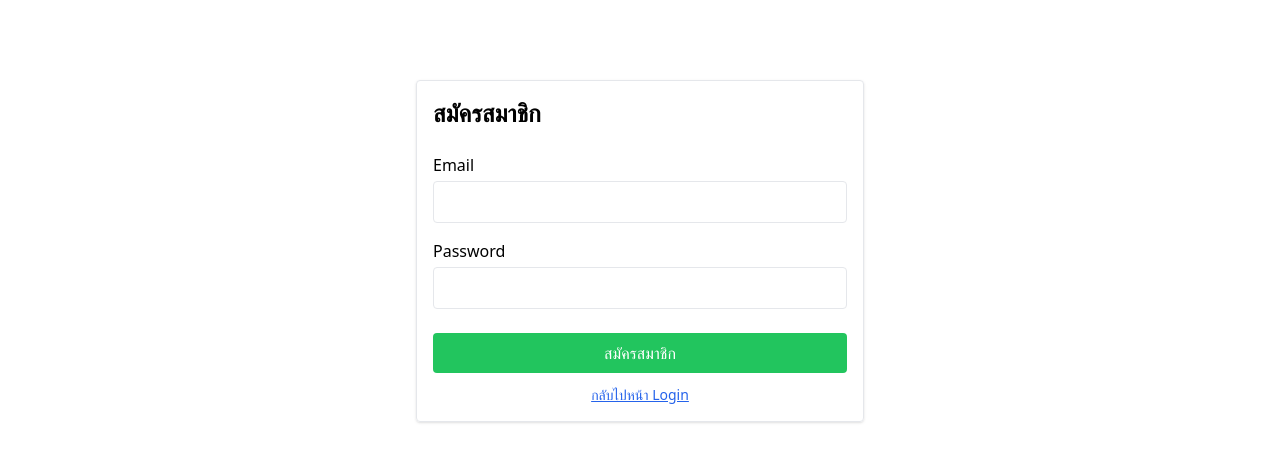
Repository: NongPond/Task_Management_App
Page: /register (app in Task Management App/)
An editor plug-in stored every save of this project. The page is shown before and after the next save, followed by the edit.
The browser window is 1280 px wide. The pictures show the whole page.
The project was rebuilt for these pictures with package versions that can differ from the ones it lists, and the page was loaded fresh each time. Also part of the build but not shown: Task Management App/vite.config.ts, Task Management App/src/auth/Login.tsx, Task Management App/src/tasks/Tasks.tsx.

Above is the page before, as saved 2025-04-21 18:20:19.

### Task Management App/src/App.tsx
import { BrowserRouter, Routes, Route } from "react-router-dom";
import Login from "./auth/Login";
import Register from "./auth/Register";
import Tasks from "./tasks/Tasks";

function App() {
  return (
    <BrowserRouter>
      <Routes>
        <Route path="/" element={<Login />} />
        <Route path="/register" element={<Register />} />
        <Route path="/tasks" element={<Tasks />} />
      </Routes>
    </BrowserRouter>
  );
}

export default App;

### Task Management App/src/auth/Register.tsx
import { useState } from "react";
import { useNavigate, Link } from "react-router-dom";

function Register() {
  const [email, setEmail] = useState("");
  const [password, setPassword] = useState("");
  const navigate = useNavigate();

  const handleRegister = () => {
    const existingUsers = JSON.parse(localStorage.getItem("users") || "[]");

    const isExisting = existingUsers.some((user: any) => user.email === email);

    if (isExisting) {
      alert("อีเมลนี้ถูกใช้ไปแล้ว");
      return;
    }

    const newUser = { email, password };
    const updatedUsers = [...existingUsers, newUser];
    localStorage.setItem("users", JSON.stringify(updatedUsers));
    alert("สมัครสมาชิกสำเร็จ! กรุณา Login");
    navigate("/");
  };

  return (
    <div className="p-4 max-w-md mx-auto mt-20 border rounded shadow">
      <h1 className="text-2xl font-bold mb-6">สมัครสมาชิก</h1>

      <div className="mb-4">
        <label className="block mb-1">Email</label>
        <input
          type="email"
          value={email}
          onChange={(e) => setEmail(e.target.value)}
          className="w-full border px-3 py-2 rounded"
        />
      </div>

      <div className="mb-6">
        <label className="block mb-1">Password</label>
        <input
          type="password"
          value={password}
          onChange={(e) => setPassword(e.target.value)}
          className="w-full border px-3 py-2 rounded"
        />
      </div>

      <button
        onClick={handleRegister}
        className="w-full bg-green-500 text-white py-2 rounded hover:bg-green-600 mb-3"
      >
        สมัครสมาชิก
      </button>

      <p className="text-sm text-center">
        <Link to="/" className="text-blue-600 underline">
          กลับไปหน้า Login
        </Link>
      </p>
    </div>
  );
}

export default Register;

Loaded but not shown: Task Management App/index.html (common file); Task Management App/src/main.tsx (common file); Task Management App/src/index.css (common file); Task Management App/tailwind.config.js (common file)

After the next save:
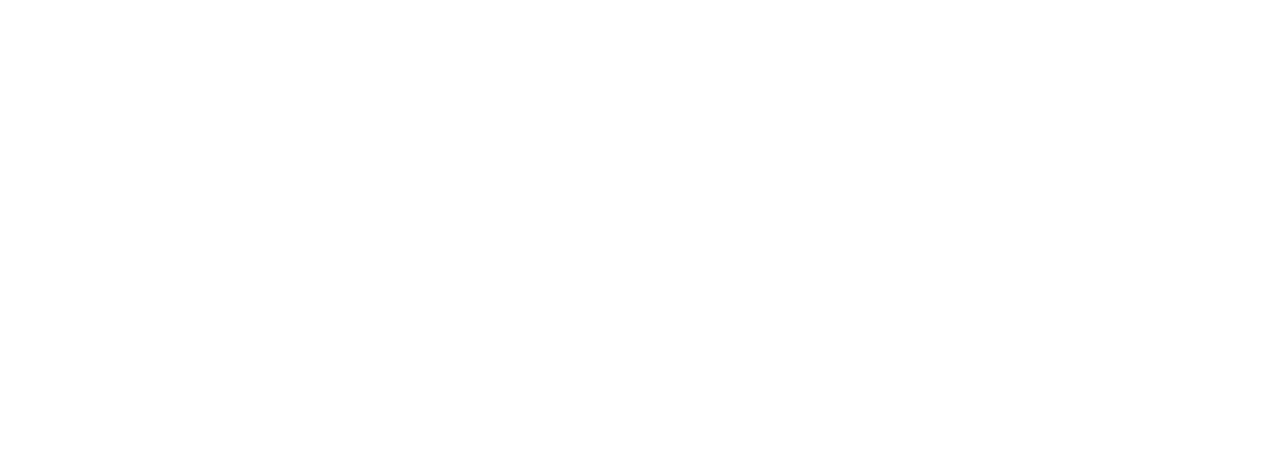
Console error (its wording comes from the project's code and is left out).
Saved 12 s later.
--- a/Task Management App/src/auth/Register.tsx
+++ b/Task Management App/src/auth/Register.tsx
@@ -1,66 +1,31 @@
-import { useState } from "react";
-import { useNavigate, Link } from "react-router-dom";
-
-function Register() {
-  const [email, setEmail] = useState("");
-  const [password, setPassword] = useState("");
-  const navigate = useNavigate();
-
-  const handleRegister = () => {
+const handleRegister = async () => {
+  try {
     const existingUsers = JSON.parse(localStorage.getItem("users") || "[]");
-
     const isExisting = existingUsers.some((user: any) => user.email === email);
-
     if (isExisting) {
       alert("อีเมลนี้ถูกใช้ไปแล้ว");
       return;
     }
 
-    const newUser = { email, password };
-    const updatedUsers = [...existingUsers, newUser];
-    localStorage.setItem("users", JSON.stringify(updatedUsers));
-    alert("สมัครสมาชิกสำเร็จ! กรุณา Login");
-    navigate("/");
-  };
+    // 👇 ส่งไป backend ด้วย fetch
+    const res = await fetch("http://localhost:5000/api/auth/register", {
+      method: "POST",
+      headers: {
+        "Content-Type": "application/json",
+      },
+      body: JSON.stringify({ email, password }),
+    });
 
-  return (
-    <div className="p-4 max-w-md mx-auto mt-20 border rounded shadow">
-      <h1 className="text-2xl font-bold mb-6">สมัครสมาชิก</h1>
+    const data = await res.json();
 
-      <div className="mb-4">
-        <label className="block mb-1">Email</label>
-        <input
-          type="email"
-          value={email}
-          onChange={(e) => setEmail(e.target.value)}
-          className="w-full border px-3 py-2 rounded"
-        />
-      </div>
-
-      <div className="mb-6">
-        <label className="block mb-1">Password</label>
-        <input
-          type="password"
-          value={password}
-          onChange={(e) => setPassword(e.target.value)}
-          className="w-full border px-3 py-2 rounded"
-        />
-      </div>
-
-      <button
-        onClick={handleRegister}
-        className="w-full bg-green-500 text-white py-2 rounded hover:bg-green-600 mb-3"
-      >
-        สมัครสมาชิก
-      </button>
-
-      <p className="text-sm text-center">
-        <Link to="/" className="text-blue-600 underline">
-          กลับไปหน้า Login
-        </Link>
-      </p>
-    </div>
-  );
-}
-
-export default Register;
+    if (res.ok) {
+      alert("สมัครสมาชิกสำเร็จ! กรุณา Login");
+      navigate("/");
+    } else {
+      alert(data.message || "เกิดข้อผิดพลาด");
+    }
+  } catch (err) {
+    console.error(err);
+    alert("ไม่สามารถสมัครสมาชิกได้");
+  }
+};

After the save that followed:
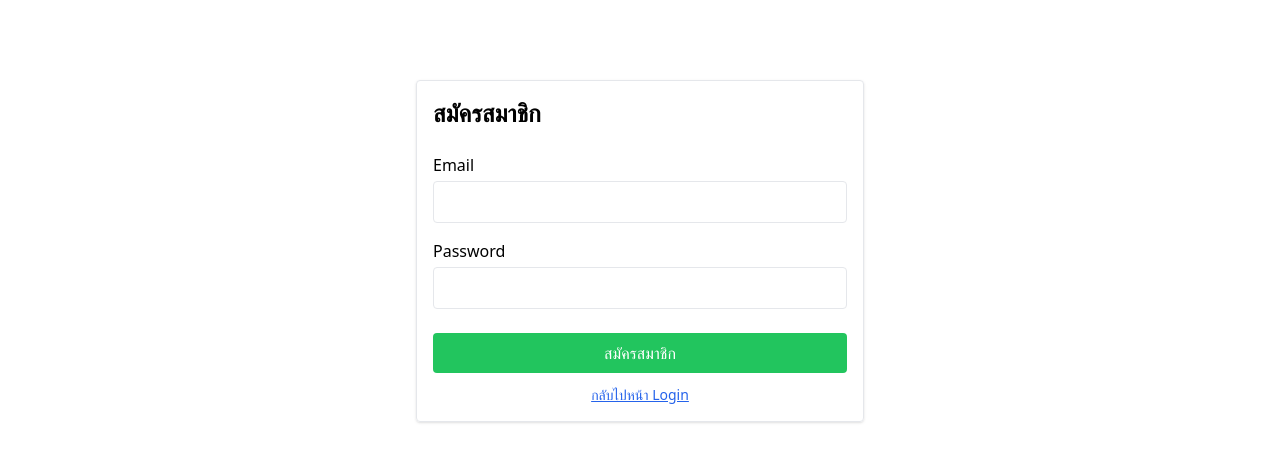
The error is gone.
Saved 9 s later.
--- a/Task Management App/src/auth/Register.tsx
+++ b/Task Management App/src/auth/Register.tsx
@@ -1,31 +1,66 @@
-const handleRegister = async () => {
-  try {
+import { useState } from "react";
+import { useNavigate, Link } from "react-router-dom";
+
+function Register() {
+  const [email, setEmail] = useState("");
+  const [password, setPassword] = useState("");
+  const navigate = useNavigate();
+
+  const handleRegister = () => {
     const existingUsers = JSON.parse(localStorage.getItem("users") || "[]");
+
     const isExisting = existingUsers.some((user: any) => user.email === email);
+
     if (isExisting) {
       alert("อีเมลนี้ถูกใช้ไปแล้ว");
       return;
     }
 
-    // 👇 ส่งไป backend ด้วย fetch
-    const res = await fetch("http://localhost:5000/api/auth/register", {
-      method: "POST",
-      headers: {
-        "Content-Type": "application/json",
-      },
-      body: JSON.stringify({ email, password }),
-    });
+    const newUser = { email, password };
+    const updatedUsers = [...existingUsers, newUser];
+    localStorage.setItem("users", JSON.stringify(updatedUsers));
+    alert("สมัครสมาชิกสำเร็จ! กรุณา Login");
+    navigate("/");
+  };
 
-    const data = await res.json();
+  return (
+    <div className="p-4 max-w-md mx-auto mt-20 border rounded shadow">
+      <h1 className="text-2xl font-bold mb-6">สมัครสมาชิก</h1>
 
-    if (res.ok) {
-      alert("สมัครสมาชิกสำเร็จ! กรุณา Login");
-      navigate("/");
-    } else {
-      alert(data.message || "เกิดข้อผิดพลาด");
-    }
-  } catch (err) {
-    console.error(err);
-    alert("ไม่สามารถสมัครสมาชิกได้");
-  }
-};
+      <div className="mb-4">
+        <label className="block mb-1">Email</label>
+        <input
+          type="email"
+          value={email}
+          onChange={(e) => setEmail(e.target.value)}
+          className="w-full border px-3 py-2 rounded"
+        />
+      </div>
+
+      <div className="mb-6">
+        <label className="block mb-1">Password</label>
+        <input
+          type="password"
+          value={password}
+          onChange={(e) => setPassword(e.target.value)}
+          className="w-full border px-3 py-2 rounded"
+        />
+      </div>
+
+      <button
+        onClick={handleRegister}
+        className="w-full bg-green-500 text-white py-2 rounded hover:bg-green-600 mb-3"
+      >
+        สมัครสมาชิก
+      </button>
+
+      <p className="text-sm text-center">
+        <Link to="/" className="text-blue-600 underline">
+          กลับไปหน้า Login
+        </Link>
+      </p>
+    </div>
+  );
+}
+
+export default Register;
